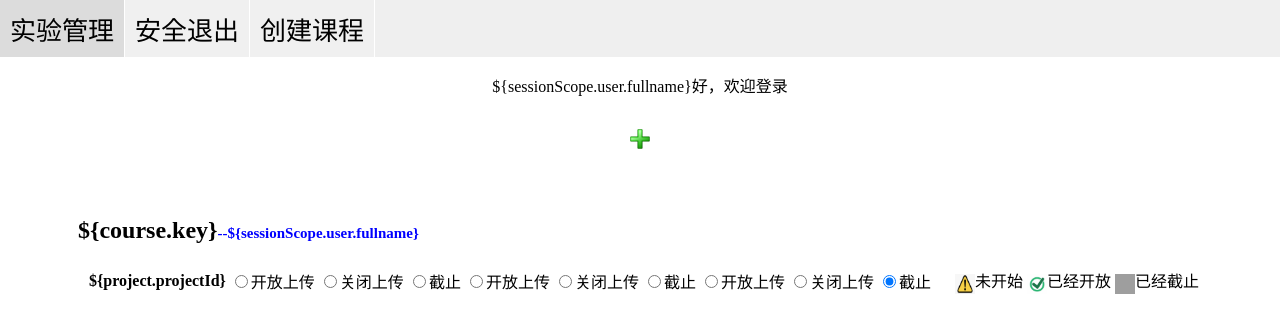
Repository: IAmJiangWenHao/ReportServer
Page: web/demo.html
The author's editor kept a copy of each file at every save. The page is drawn from the files as they stood at one save, then again after the next save.
The browser window is 1280 px wide. The pictures show the whole page.
Pictures or frames that could not be fetched are drawn as grey boxes.

Above is the page before, as saved 2023-05-19 18:11:19.
Console error: ReferenceError: requests is not defined

After the next save:
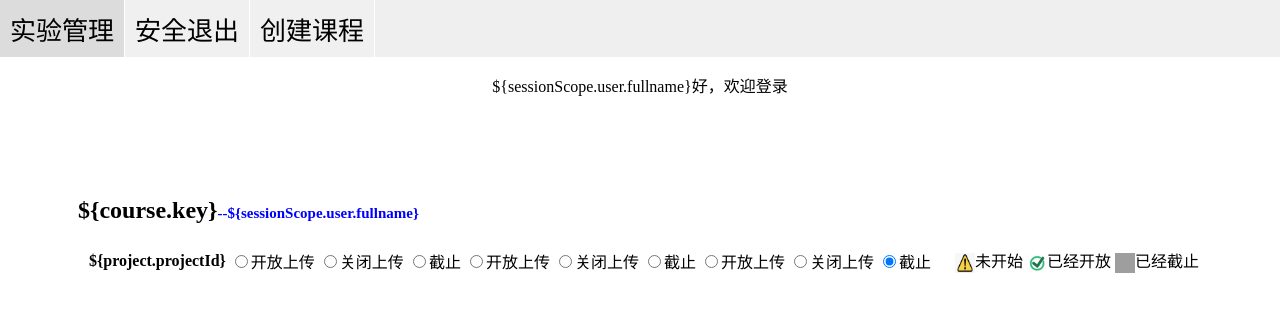
Saved 80 s later.
--- a/web/demo.html
+++ b/web/demo.html
@@ -220,10 +220,7 @@
 <div style="display: flex;flex-direction:column;align-items:center">
   <p>${sessionScope.user.fullname}好，欢迎登录</p>
   <p>
-    <img style="vertical-align: middle;height:20px" alt="" width="20" src="./img/new.jpg"/>
-
   <div id="createCourse">
-
   </div>
 </p>
 
